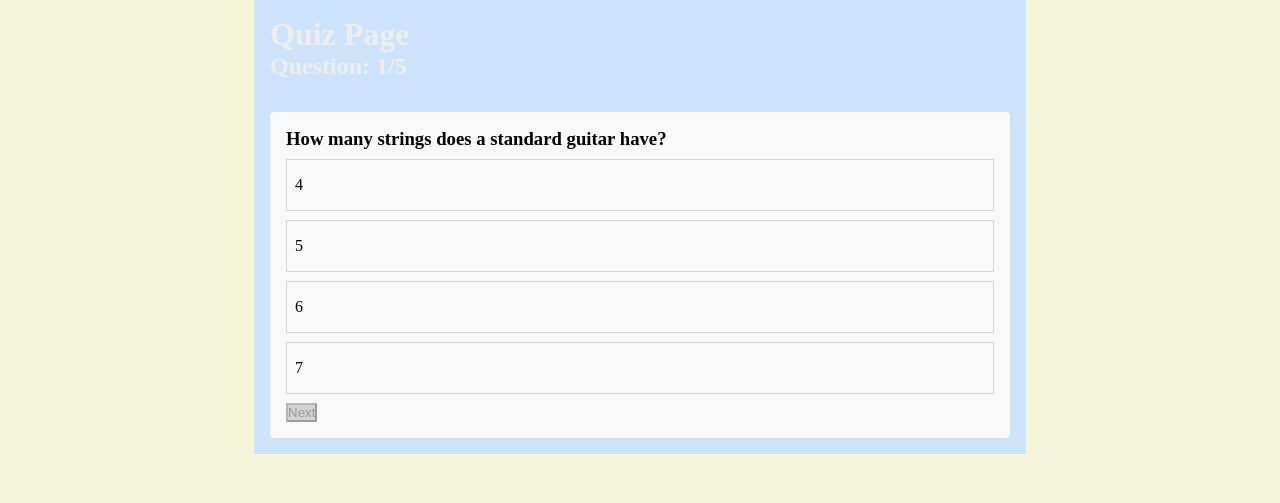
Repository: 1medi/pocketprof
Page: /quiz/page
The author's editor kept a copy of each file at every save. The page is drawn from the files as they stood at one save, then again after a run of saves.
The browser window is 1280 px wide. The pictures show the whole page.
The project was rebuilt for these pictures with package versions that can differ from the ones it lists, and the page was loaded fresh each time. The framework's server and built-in components were replaced by stand-ins that run in the browser. Also part of the build but not shown: next.config.mjs.

Above is the page before, as saved 2024-04-07 00:25:13.

After the next 2 saves:
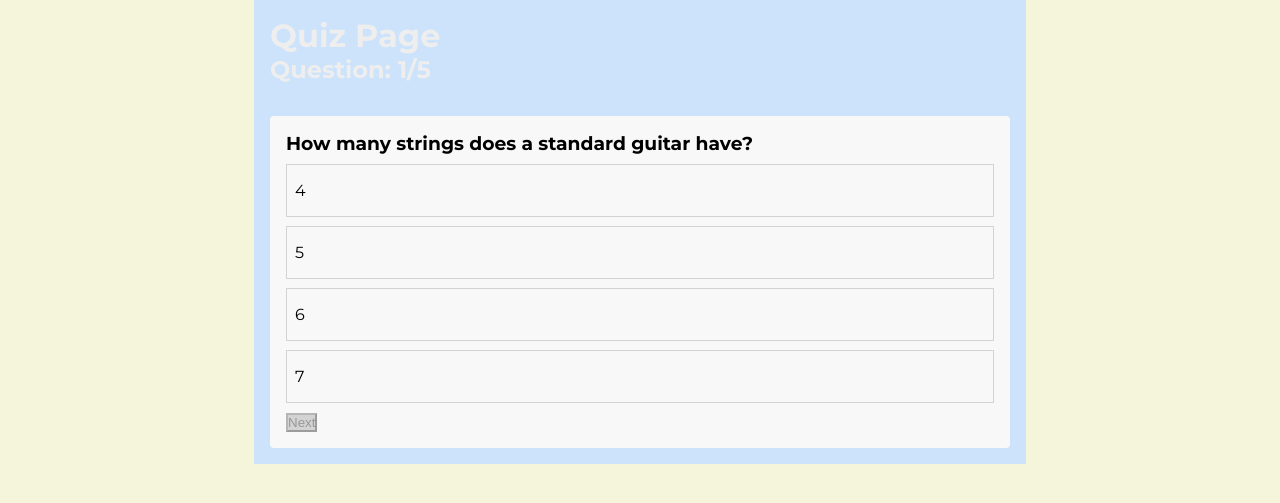
The 2 saves are shown as one change because they came seconds apart.
The last was saved 44 s later.
--- a/pages/quiz/page.module.css
+++ b/pages/quiz/page.module.css
@@ -1,10 +1,9 @@
-.html{
-    font-family: "Montserrat", sans-serif;
-}
+
 
 .container{
     padding: 1rem;
     background-color: var(--secondary-color-lightblue);
+    font-family: "Montserrat", sans-serif;
   }
 
 .title,

After the save that followed:
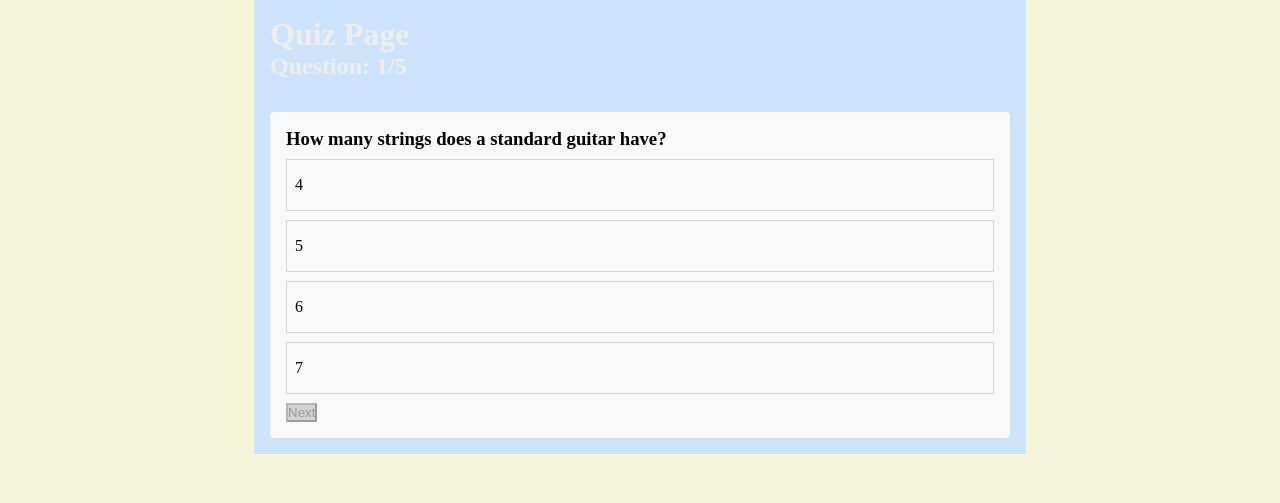
Saved 17 s later.
--- a/pages/quiz/page.module.css
+++ b/pages/quiz/page.module.css
@@ -1,9 +1,10 @@
-
+.html{
+    font-family: "", sans-serif;
+}
 
 .container{
     padding: 1rem;
     background-color: var(--secondary-color-lightblue);
-    font-family: "Montserrat", sans-serif;
   }
 
 .title,
